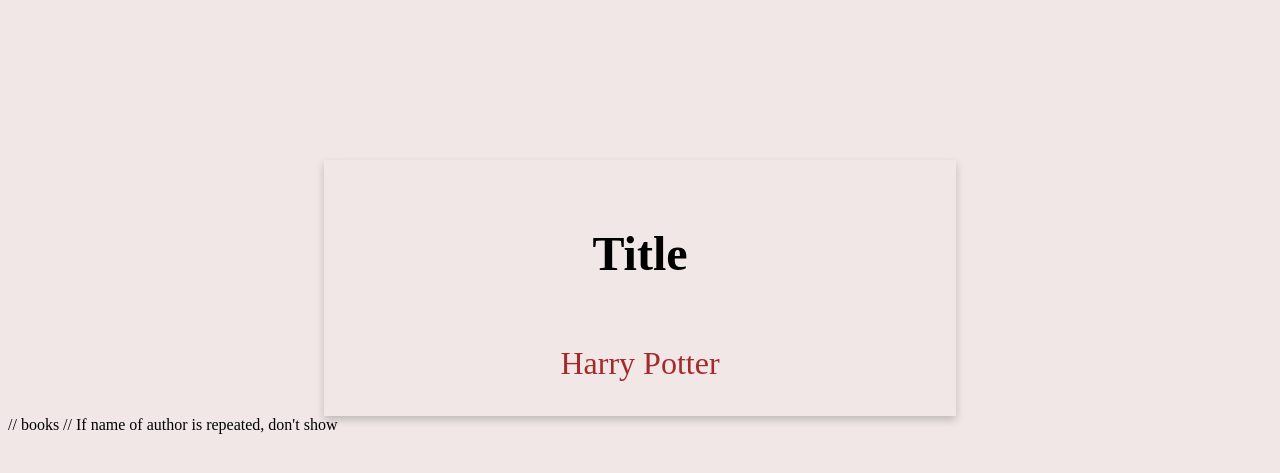
Repository: cyborgEneki/archangel-code-challenge
Page: index.html
These files come from the project's save history. The page is drawn as it stood at one moment and after a run of saves; the edit follows.
The browser window is 1280 px wide. The pictures show the whole page.
The style sheet was rebuilt from its Sass, Less or Tailwind sources for each picture, by a compiler version that may differ from the author's.

Above is the page before, as saved 2020-11-05 14:06:43.

### index.html
<!DOCTYPE html>
<html lang="en">

<head>
    <link rel="stylesheet" href="assets/css/styles.css">
</head>

<body>
    <div id="main"></div>
    <script src="bower_components/handlebars/handlebars.min.js"></script>
    <script src="bower_components/jquery/dist/jquery.min.js"></script>
    <script type="text/x-handlebars-template" id="template-script">
            <div class="card">
                <div class="card__container">
                    <h4 class="card__heading"><b>Title</b></h4>
                    <p class="card__text">Harry Potter</p>
                </div>
            </div>
    </script>
    <script src="assets/js/books.js"></script>
    <script src="assets/js/index.js"></script>
</body>
</html>


                    <!-- <p class="card__text">{{compareEquality a b real makeBelieve}}!</p> -->

                    // books
                    // If name of author  is repeated, don't show

### assets/js/index.js
$(function () {
    Handlebars.registerHelper("compareEquality", function (a, b, real, makeBelieve) {
        if (a == b) {
            return real;
        } else {
            return makeBelieve;
        };
    });
    let template = $('#template-script').html(),
        compiled = Handlebars.compile(template),
        rendered = compiled({
            a: 1,
            b: 1,
            real: 'an oblate spheroid',
            makeBelieve: 'flat'
        });
    $('#main').html(rendered);
});

### scss/styles.scss
$peach: #f1e7e7;

body {
    background-color: $peach;
}

.card {
    box-shadow: 0 4px 8px 0 rgba(0, 0, 0, 0.2);
    transition: 0.3s;
    width: 50%;
    margin: 0 auto;

    &__container {
        padding: 2px 16px;
        margin-top: 10rem;
    }

    &__heading {
        font-size: 3rem;
        text-align: center;
    }

    &__text {
        text-align: center;
        font-size: 2rem;
        color: brown;
    }
}

Loaded but not shown: bower_components/handlebars/handlebars.min.js (library); bower_components/jquery/dist/jquery.min.js (library); assets/js/books.js (no stored copy; drawn as an empty file)

After the next 3 saves:
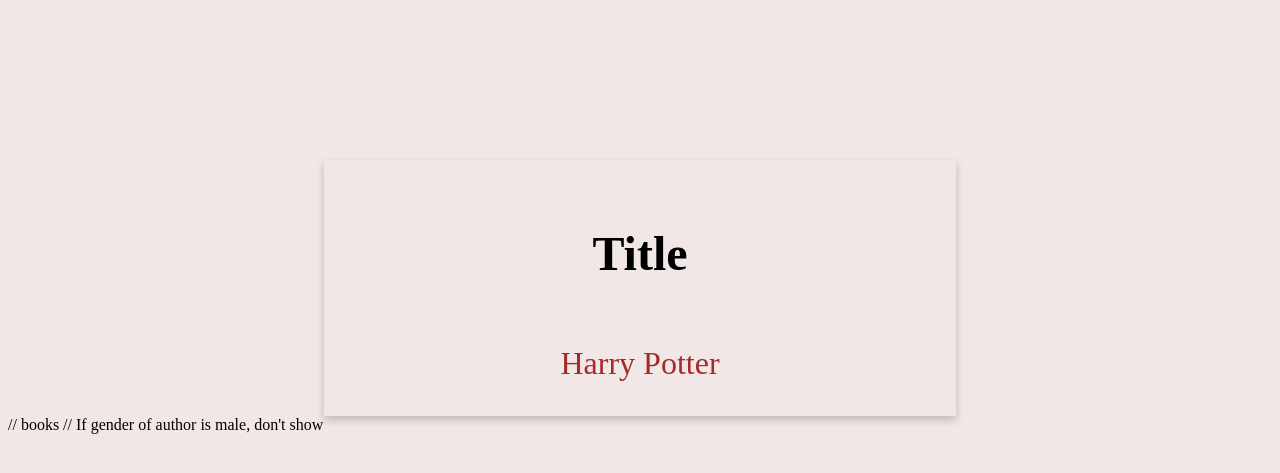
The 3 saves are shown as one change because they came seconds apart.
The last was saved 7 s later.
--- a/index.html
+++ b/index.html
@@ -26,4 +26,4 @@
                     <!-- <p class="card__text">{{compareEquality a b real makeBelieve}}!</p> -->
 
                     // books
-                    // If name of author  is repeated, don't show
+                    // If gender of author is male, don't show
